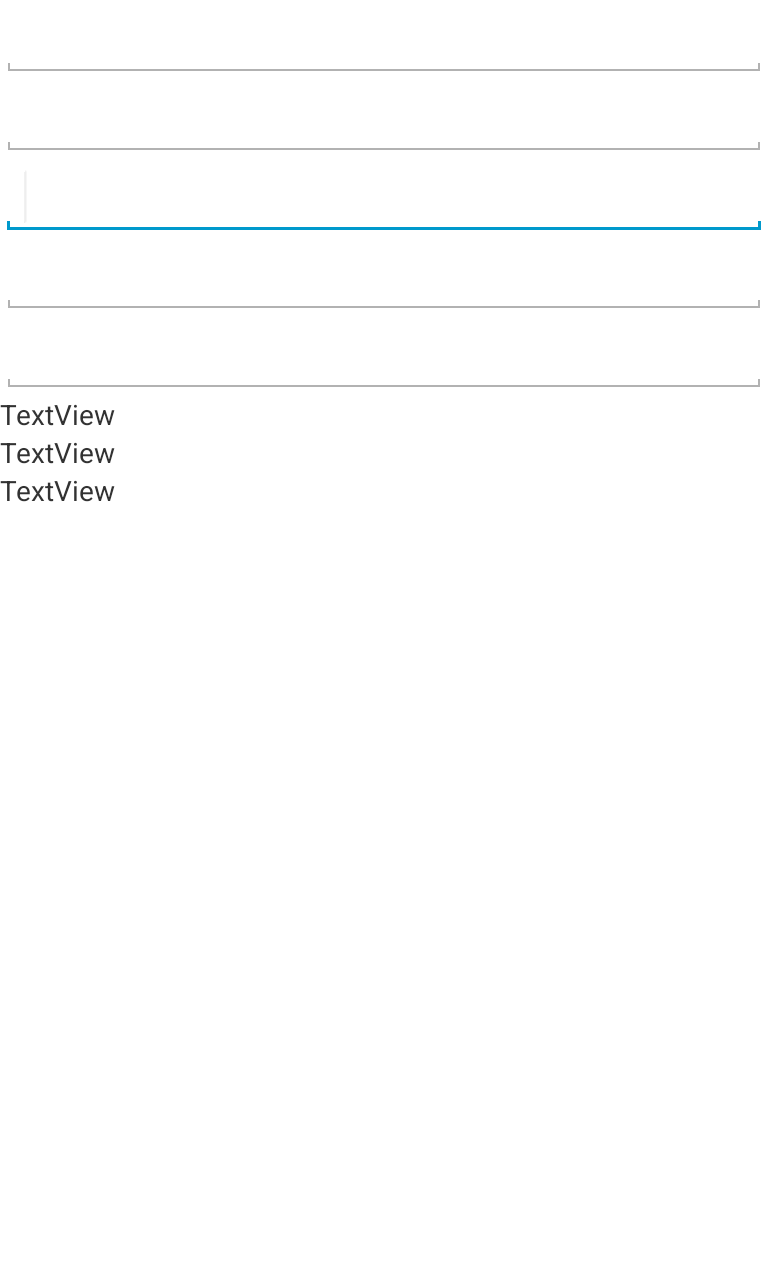
Repository: mewards/Android_Study
Layout: hw/wooil/hw4/res/layout/join.xml
The author's editor kept a copy of each file at every save. The layout is drawn from the files as they stood at one save, then again after the next save.
It is drawn on a 768 x 1280 px phone screen (xhdpi) without system bars, with theme AppTheme; the app's code is not run.

Above is the layout before, as saved 2014-03-04 05:28:26.

After the next save:
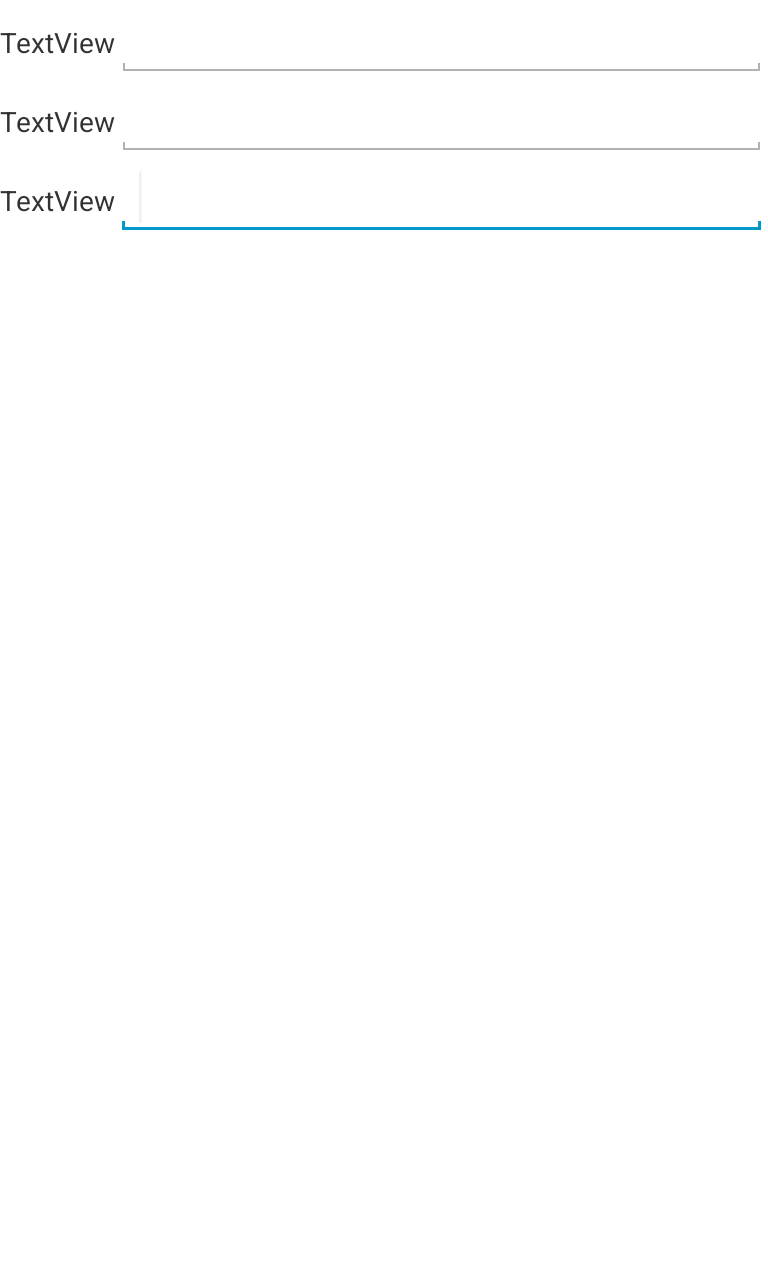
Saved 36 s later.
--- a/hw/wooil/hw4/res/layout/join.xml
+++ b/hw/wooil/hw4/res/layout/join.xml
@@ -8,6 +8,12 @@
         android:layout_width="match_parent"
         android:layout_height="wrap_content"
         android:orientation="horizontal" >
+
+        <TextView
+            android:id="@+id/textView1"
+            android:layout_width="wrap_content"
+            android:layout_height="wrap_content"
+            android:text="TextView" />
 
         <EditText
             android:id="@+id/editText1"
@@ -24,6 +30,12 @@
         android:layout_height="wrap_content"
         android:orientation="horizontal" >
 
+        <TextView
+            android:id="@+id/textView1"
+            android:layout_width="wrap_content"
+            android:layout_height="wrap_content"
+            android:text="TextView" />
+
         <EditText
             android:id="@+id/editText1"
             android:layout_width="match_parent"
@@ -39,6 +51,12 @@
         android:layout_height="wrap_content"
         android:orientation="horizontal" >
 
+        <TextView
+            android:id="@+id/textView1"
+            android:layout_width="wrap_content"
+            android:layout_height="wrap_content"
+            android:text="TextView" />
+
         <EditText
             android:id="@+id/editText1"
             android:layout_width="match_parent"
@@ -49,36 +67,4 @@
         </EditText>
     </LinearLayout>
 
-    <EditText
-        android:id="@+id/editText2"
-        android:layout_width="match_parent"
-        android:layout_height="wrap_content"
-        android:ems="10"
-        android:inputType="textPassword" />
-
-    <EditText
-        android:id="@+id/editText3"
-        android:layout_width="match_parent"
-        android:layout_height="wrap_content"
-        android:ems="10"
-        android:inputType="textPassword" />
-
-    <TextView
-        android:id="@+id/textView1"
-        android:layout_width="wrap_content"
-        android:layout_height="wrap_content"
-        android:text="TextView" />
-
-    <TextView
-        android:id="@+id/textView2"
-        android:layout_width="wrap_content"
-        android:layout_height="wrap_content"
-        android:text="TextView" />
-
-    <TextView
-        android:id="@+id/textView3"
-        android:layout_width="wrap_content"
-        android:layout_height="wrap_content"
-        android:text="TextView" />
-
 </LinearLayout>
